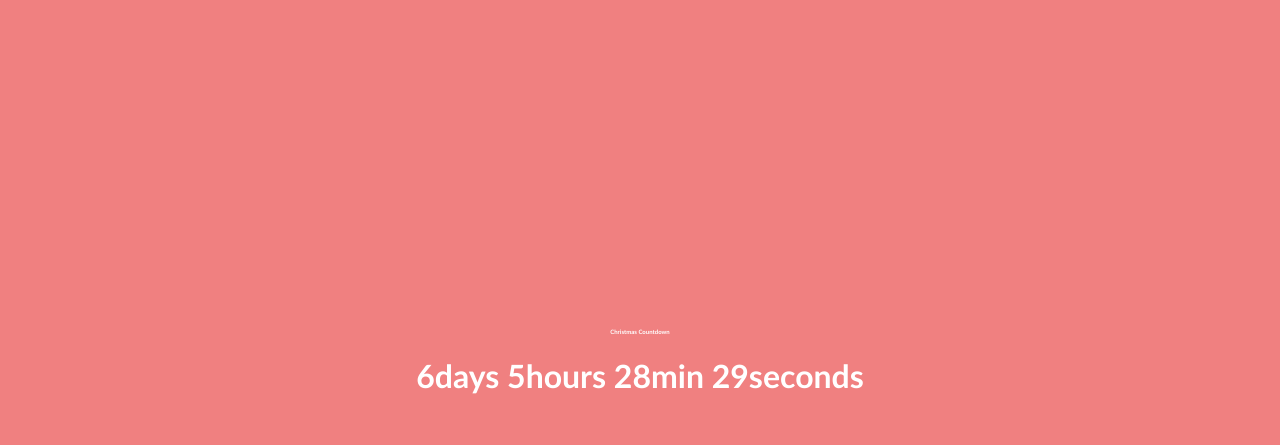
Repository: notMaximilian/countdown-timer
Page: index.html
These files come from the project's save history. The page is drawn as it stood at one moment and after the next save; the edit follows.
The browser window is 1280 px wide. The pictures show the whole page.

Above is the page before, as saved 2021-12-18 18:51:54.

After the next save:
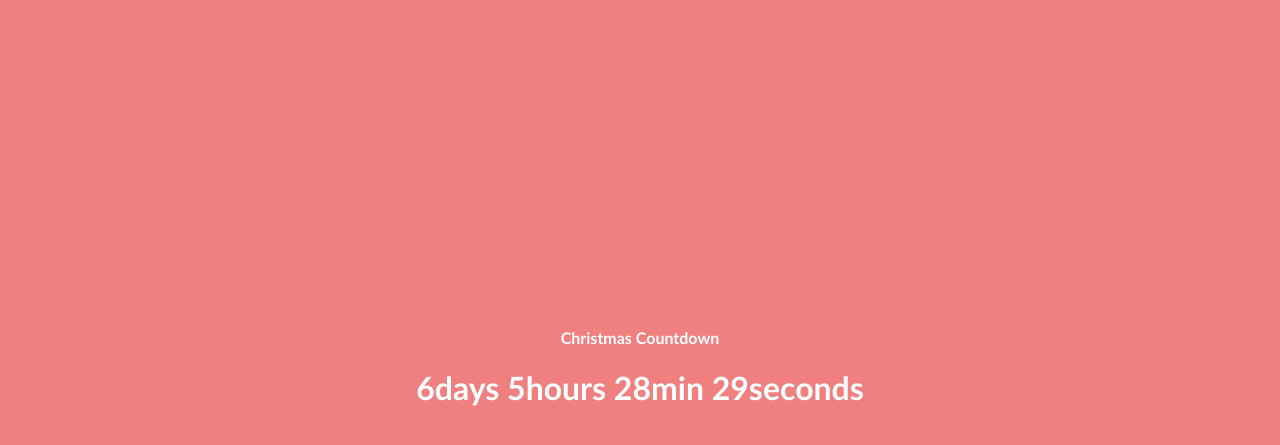
Saved 6 s later.
--- a/styles.css
+++ b/styles.css
@@ -7,5 +7,5 @@ body{
 }
 
 #main-text{
-    font-size: 25%;
+    font-size: 100%;
 }
